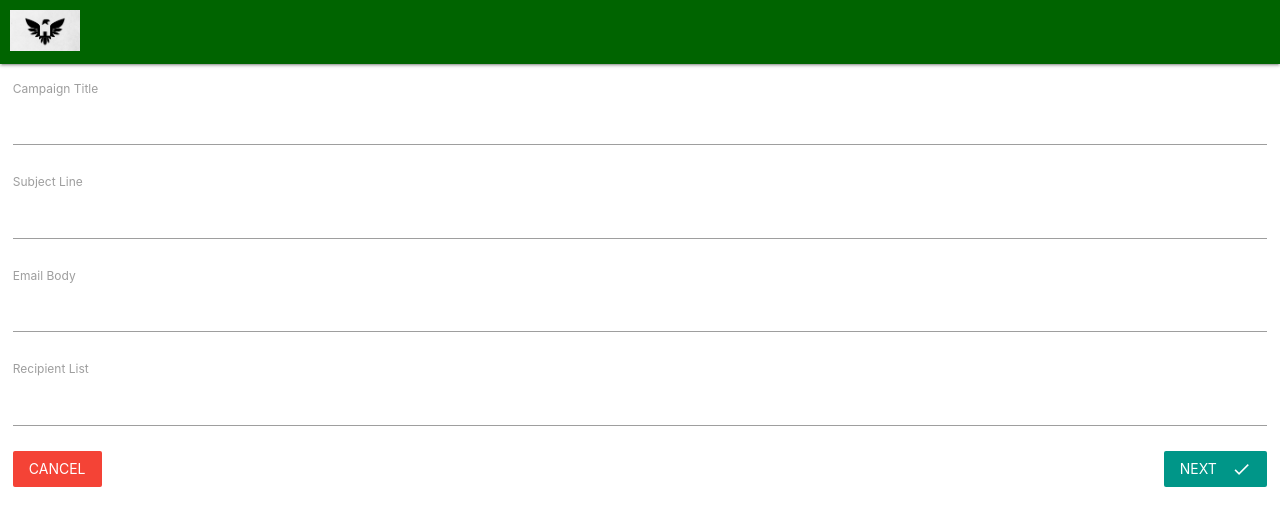
Repository: deepakgautam/SurveyApplication
Page: /surveys/new (app in client/)
An editor plug-in stored every save of this project. The page is shown before and after the next save, followed by the edit.
The browser window is 1280 px wide. The pictures show the whole page.
The page's requests for data from a server got no answer. The project was rebuilt for these pictures with package versions that can differ from the ones it lists, and the page was loaded fresh each time. No one was signed in, and anything a server would have sent is missing. Also part of the build but not shown: client/src/components/payments.js, client/src/components/landing.js, client/src/components/surveys/surveyList.js, client/src/components/dashboard.js, client/src/components/surveys/surveyFormReview.js.

Above is the page before, as saved 2018-06-24 23:22:24.

After the next save:
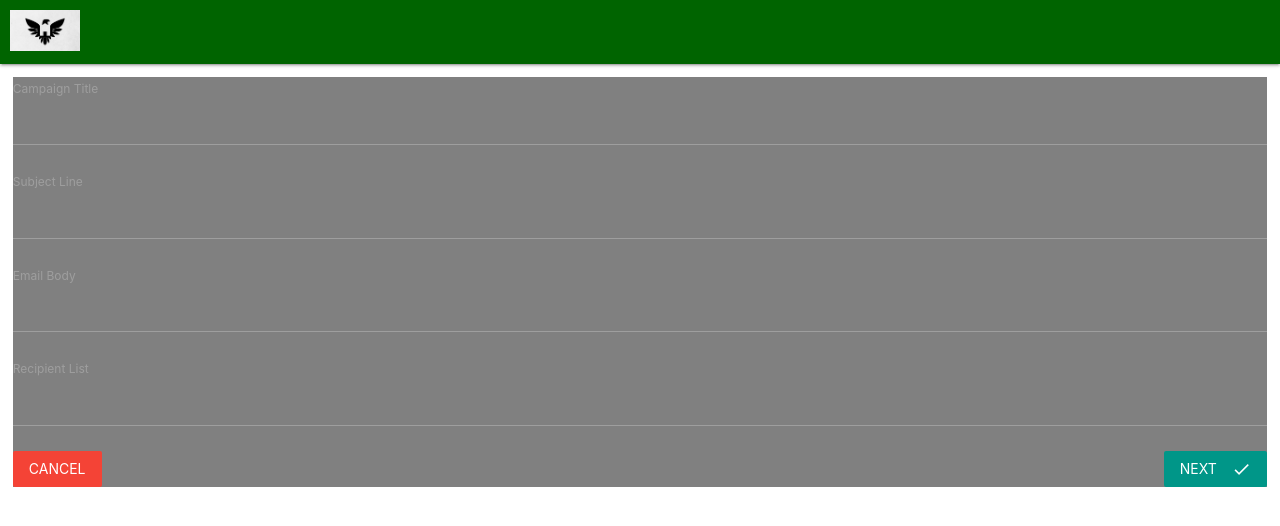
Saved 28 s later.
--- a/client/src/css/navBar.css
+++ b/client/src/css/navBar.css
@@ -12,5 +12,5 @@
 }
 .survey_form {
     margin :1%;
-
+    background-color: gray
 }
